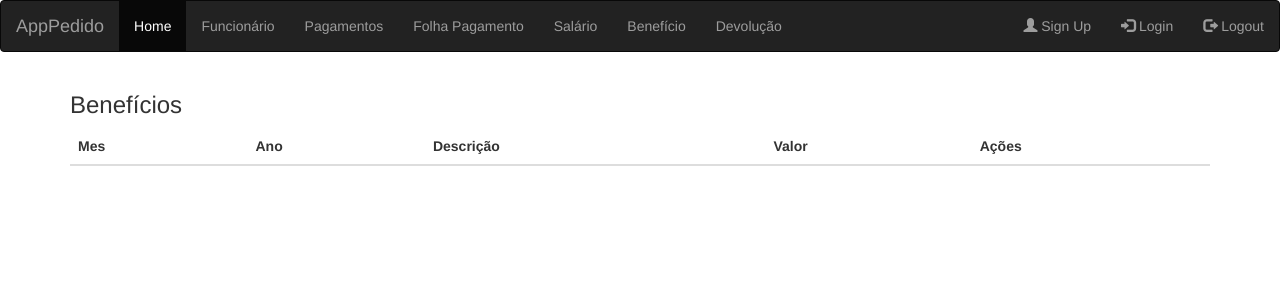
Repository: pauloEzequiel/AppFolha
Page: http://localhost/appfolha/WEB-INF/jsp/beneficio/lista.jsp
The author's editor kept a copy of each file at every save. The page is drawn from the files as they stood at one save, then again after the next save.
The browser window is 1280 px wide. The pictures show the whole page.
The page is served by Tomcat 9. Nobody is signed in. Other server files are loaded and not shown. The template is opened directly, without the code that normally fills it, so the values that code supplies are empty.

Above is the page before, as saved 2022-11-13 00:49:31.

### appfolha/src/main/webapp/WEB-INF/jsp/beneficio/lista.jsp
<%@ page language="java" contentType="text/html; charset=ISO-8859-1" pageEncoding="ISO-8859-1"%>
<%@ taglib uri="http://java.sun.com/jsp/jstl/core" prefix="c"%>
<!DOCTYPE html>
<html>
<head>
	<meta charset="ISO-8859-1">
  <link rel="stylesheet" href="https://maxcdn.bootstrapcdn.com/bootstrap/3.4.1/css/bootstrap.min.css">
	<title>AppFolha</title>
</head>
<body>
	<c:import url="/WEB-INF/jsp/menu.jsp"/>
	<div class="container mt-3">
	  <h3>Benefícios</h3>

	  <table class="table table-striped">
	    <thead>
	      <tr>
	        <th>Mes</th>
	        <th>Ano</th>
	        <th>Descrição</th>
	        <th>Valor</th>
	        <th>Ações</th>
	      </tr>
	    </thead>
	    <tbody>
		  <c:forEach var="p" items="${listagem}">
		      <tr>
				<td>${p.mes}</td>
		        <td>${p.ano}</td>
		        <td>${p.descricao}</td>
		        <td>${p.getTotalValor()}</td>
		        <td><a href="/beneficio/${p.id}/visualizar">Visualizar</a>  <a href="/beneficio/${p.id}/excluir">Excluir</a></td>
		      </tr>
	      </c:forEach>
	    </tbody>
	  </table>
	</div>
</body>
</html>

### appfolha/src/main/webapp/WEB-INF/jsp/menu.jsp
<%@ page language="java" contentType="text/html; charset=ISO-8859-1" pageEncoding="ISO-8859-1"%>
<%@ taglib uri="http://java.sun.com/jsp/jstl/core" prefix="c"%>

<nav class="navbar navbar-inverse">
  <div class="container-fluid">
    <div class="navbar-header">
      <a class="navbar-brand" href="#">AppPedido</a>
    </div>
    <ul class="nav navbar-nav">
      <li class="active"><a href="/">Home</a></li>
	      <li class="nav-item">
	        <a class="nav-link" href="/funcionario/lista">Funcionário</a>
	      </li>
	      <li class="nav-item">
	        <a class="nav-link" href="/pagamento/lista">Pagamentos</a>
	      </li>
	      <li class="nav-item">
	        <a class="nav-link" href="/folhaPagamento/lista">Folha Pagamento</a>
	      </li>
	      <li class="nav-item">
	        <a class="nav-link" href="/salario/lista">Salário</a>
	      </li>
	      <li class="nav-item">
	        <a class="nav-link" href="/beneficio/lista">Benefício</a>
	      </li>
	      <li class="nav-item">
	        <a class="nav-link" href="/devolucao/lista">Devolução</a>
	      </li>
    </ul>
    <ul class="nav navbar-nav navbar-right">
      <li><a href="/usuario"><span class="glyphicon glyphicon-user"></span> Sign Up</a></li>
	  <li><a href="/login"><span class="glyphicon glyphicon-log-in"></span> Login</a></li>

       <li><a href="/logout"><span class="glyphicon glyphicon-log-out"></span> Logout</a></li>
    </ul>
  </div>
</nav>

After the next save:
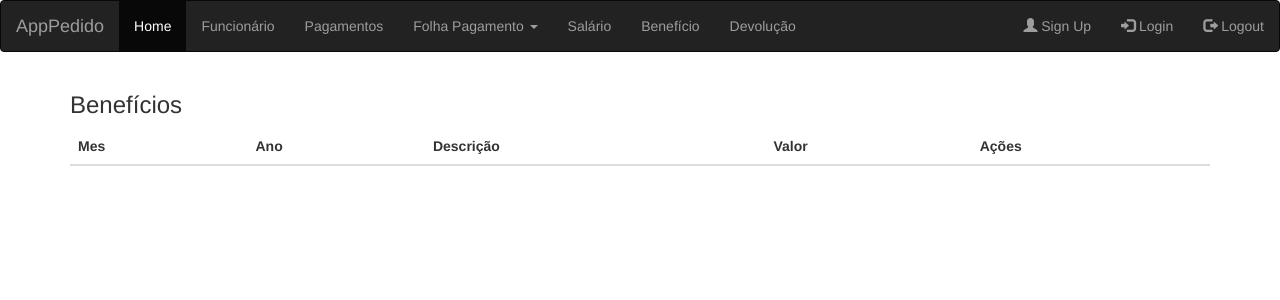
Saved 17 min 47 s later.
--- a/appfolha/src/main/webapp/WEB-INF/jsp/menu.jsp
+++ b/appfolha/src/main/webapp/WEB-INF/jsp/menu.jsp
@@ -14,8 +14,8 @@
 	      <li class="nav-item">
 	        <a class="nav-link" href="/pagamento/lista">Pagamentos</a>
 	      </li>
-	      <li class="nav-item">
-	        <a class="nav-link" href="/folhaPagamento/lista">Folha Pagamento</a>
+	      <li class="dropdown">
+	        <a class="dropdown-toggle" data-toggle="dropdown" href="/folhaPagamento/lista">Folha Pagamento <span class="caret"><span></a>
 	      </li>
 	      <li class="nav-item">
 	        <a class="nav-link" href="/salario/lista">Salário</a>
